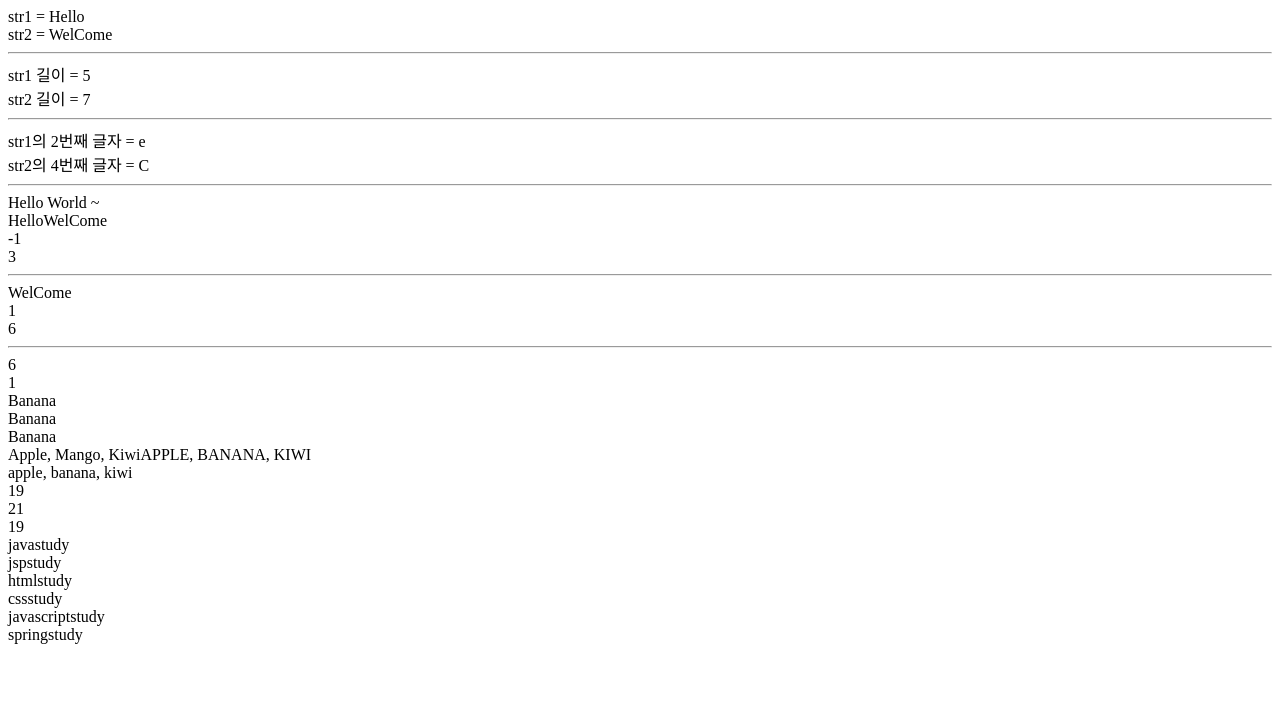
Repository: ady0099/webstudy
Page: 03_javascript/src/main/webapp/day02/ex20_StringClass.html
The author's editor kept a copy of each file at every save. The page is drawn from the files as they stood at one save, then again after a run of saves.
The browser window is 1280 px wide. The pictures show the whole page.

Above is the page before, as saved 2023-06-29 00:58:52.

### 03_javascript/src/main/webapp/day02/ex20_StringClass.html
<!DOCTYPE html>
<html>
	<head>
		<meta charset="UTF-8">
		<title>String (내장객체)</title>
		<script type="text/javascript">
			// 내장 객체 : javascript가 구동되는 시점에서 바로 제강되며,
		 	// 			javascript코드 어디에서든 사용이 가능하다.
		 	// Object, String, Number, Date, Array, Math, ...

		 	var str1 = "Hello";
			var str2 = new String("WelCome");

			document.write("str1 = "+str1+"<br>");
			document.write("str2 = "+str2+"<br>");
			document.write("<hr>");
			// 길이 : length
			document.write("str1 길이 = "+str1.length+"<br>");
			document.write("str2 길이 = "+str2.length+"<br>");
			document.write("<hr>");
			// n번째 문자 추출 : charAt(n) * n = index = 0부터 시작
			document.write("str1의 2번째 글자 = "+str1.charAt(1)+"<br>");
			document.write("str2의 4번째 글자 = "+str2.charAt(3)+"<br>");
			document.write("<hr>");
			// 문자연결자 : concat(str)
			document.write(str1.concat(" World ~") + "<br>");
			document.write(str1.concat(str2) + "<br>");

			// 해당 문자나 문자열의 위치값 : indexOf('문자 또는 문자열')
			//						 정규식을 사용 못함, -1이면 찾는 문자가 없다.
			document.write(str1.indexOf('C')+"<br>");
			document.write(str2.indexOf('C')+"<br>");
			document.write("<hr>");
			// 해당 문자나 문자열의 위치값 : indexOf('문자 또는 문자열', 시작위치)
			// 첫 번째 e의 위치
			document.write(str2+"<br>");
			document.write(str2.indexOf('e',0)+"<br>");
			// 두 번째 e의 위치
			document.write(str2.indexOf('e',str2.indexOf('e')+1)+"<br>");
			document.write("<hr>");
			document.write(str2.lastIndexOf('e')+"<br>");

			// 해당 문자나 문자열의 위치값 : search('문자 또는 문자열')
			//						 정규식 사용가능, 두 번째 인자는 없다.
			document.write(str2.search('e')+"<br>");

			// 원하는 문자열 추출 : slice, substring, substr
			// slice(begin, end), substring(begin, end) : *end는 포함하지 않는다.
			// substr(begin, 개수)
			str1 = "Apple, Banana, Kiwi";
			document.write(str1.slice(7,13)+"<br>");
			document.write(str1.substring(7,13)+"<br>");
			document.write(str1.substr(7,6)+"<br>");

			// 치환 : replace(old, new) (원본은 변경되지 않는다. 사본이 만들어진다.)
			var str3 = str1.replace("Banana","Mango");
			document.write(str3);

			// 대소문자 변환 : toUpperCase, toLowerCase
			document.write(str1.toUpperCase()+"<br>");
			document.write(str1.toLowerCase()+"<br>");

			// 앞뒤 공백 제거 : trim
			var str4 = " Apple, Banana, Kiwi ";
			document.write(str1.length+"<br>");			// 19
			document.write(str4.length+"<br>");			// 21
			document.write(str4.trim().length+"<br>");	// 19

			// 문자열을 배열로 만들자 (split("구분자"))
			var str5 = "java,jsp,html,css,javascript,spring";
			var str6 = str5.split(",");
			// k는 자바와 다르게 인덱스를 뜻한다.
			for ( var k in str6 ){
				document.write(str6[k]+"study"+"<br>");
			}


			// 배열을 문자열로 만들자.(join("구분자"))

		</script>
	</head>
	<body>

	</body>
</html>

After the next 2 saves:
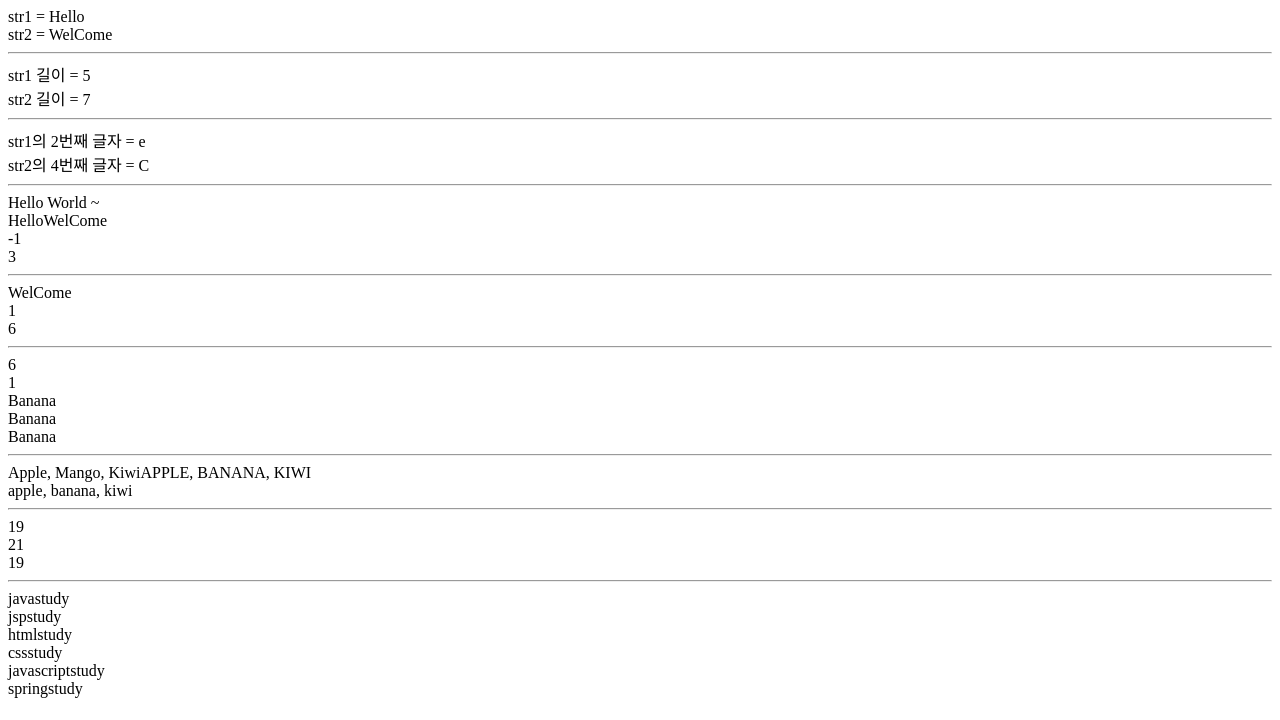
The 2 saves are shown as one change because they came seconds apart.
The last was saved 75 s later.
--- a/03_javascript/src/main/webapp/day02/ex20_StringClass.html
+++ b/03_javascript/src/main/webapp/day02/ex20_StringClass.html
@@ -51,6 +51,7 @@
 			document.write(str1.slice(7,13)+"<br>");
 			document.write(str1.substring(7,13)+"<br>");
 			document.write(str1.substr(7,6)+"<br>");
+			document.write("<hr>");
 
 			// 치환 : replace(old, new) (원본은 변경되지 않는다. 사본이 만들어진다.)
 			var str3 = str1.replace("Banana","Mango");
@@ -59,6 +60,7 @@
 			// 대소문자 변환 : toUpperCase, toLowerCase
 			document.write(str1.toUpperCase()+"<br>");
 			document.write(str1.toLowerCase()+"<br>");
+			document.write("<hr>");
 
 			// 앞뒤 공백 제거 : trim
 			var str4 = " Apple, Banana, Kiwi ";
@@ -66,6 +68,7 @@
 			document.write(str4.length+"<br>");			// 21
 			document.write(str4.trim().length+"<br>");	// 19
 
+			document.write("<hr>");
 			// 문자열을 배열로 만들자 (split("구분자"))
 			var str5 = "java,jsp,html,css,javascript,spring";
 			var str6 = str5.split(",");
